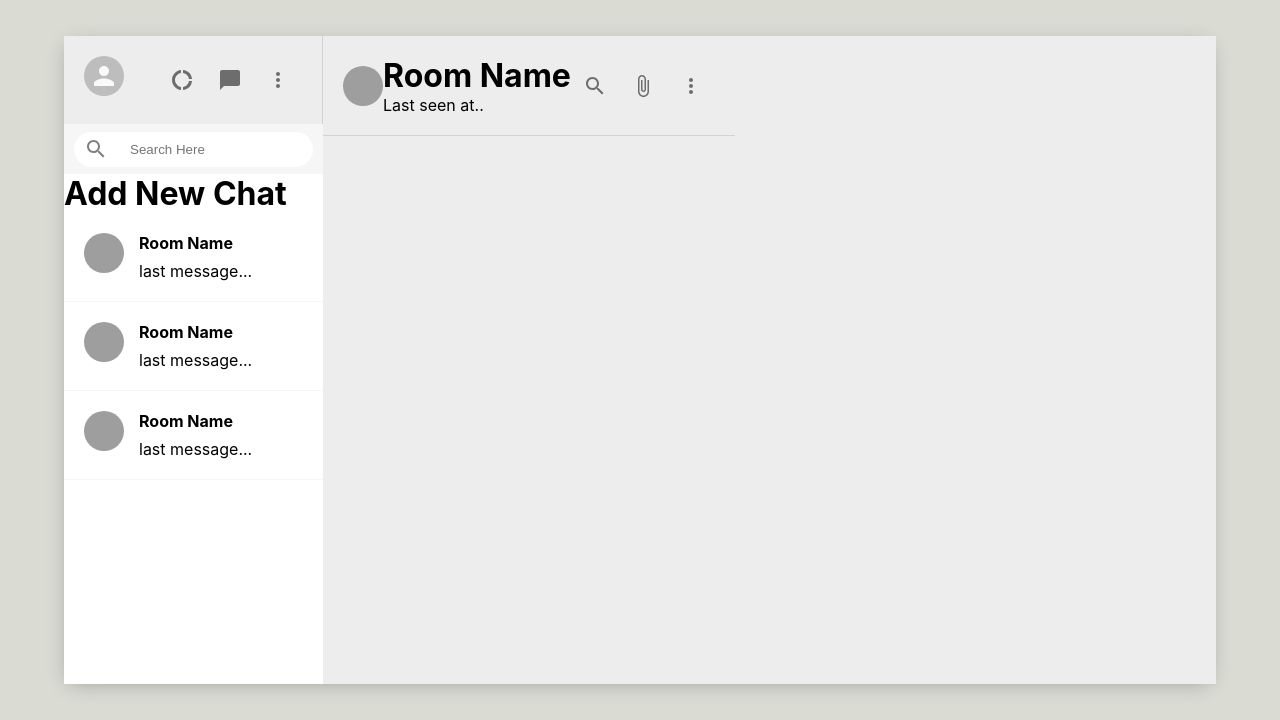
Repository: Prafullkuma/whatsappclon
Page: /
An editor plug-in stored every save of this project. The page is shown before and after the next save, followed by the edit.
The browser window is 1280 px wide. The pictures show the whole page.
Pictures or frames that could not be fetched are drawn as grey boxes. The project was rebuilt for these pictures with package versions that can differ from the ones it lists, and the page was loaded fresh each time.

Above is the page before, as saved 2020-08-19 13:00:17.

### src/App.js
import React from 'react';
import './App.css';
import Sidebar from './Component/Sidebar'
import Chat from './Component/MainChat'
function App() {
  return (
    <div className="app">
      <div className="app__body">
        <Sidebar />
        <Chat />
      </div>
    </div>
  );
}

export default App;

### src/App.css
.app{
  background-color: #dadbd3;
  height: 100vh;
  display: grid;
  place-items: center;
}
.app__body{
  display: flex;
  height: 90vh;
  width: 90vw;
  background-color: #ededed;
  box-shadow: -1px 4px 20px -6px rgba(0, 0, 0, 0.3);
}

### src/Component/Sidebar.js
import React from 'react'
import { Avatar, IconButton } from '@material-ui/core';
import DonutLargeIcon from '@material-ui/icons/DonutLarge';
import ChatBubbleIcon from '@material-ui/icons/ChatBubble';
import MoreVertIcon from '@material-ui/icons/MoreVert';
import SearchIcon from '@material-ui/icons/Search';
import './Sidebar.css'
import SidebarChat from './Chat/SidebarChat';
function Slidebar() {
    return (
        <div className="sidebar">
            <div className="sidebar_header">
                <Avatar />
                <div className="sidebar_headerRight">
                    <IconButton>
                        <DonutLargeIcon />
                    </IconButton>
                    <IconButton>
                        <ChatBubbleIcon />
                    </IconButton>
                    <IconButton>
                        <MoreVertIcon />
                    </IconButton>
                </div>
            </div>
            <div className="sidebar_search">
                <div className="search_container">
                    <SearchIcon />
                    <input type="text"
                        placeholder="Search Here" />
                </div>
            </div>
            <div className="sidebar_chat">
                <SidebarChat addNewChat />
                <SidebarChat />
                <SidebarChat />
                <SidebarChat />
            </div>
        </div >
    )
}

export default Slidebar

### src/Component/MainChat.js
import React, { useState, useEffect } from 'react'
import './mainChat.css'
import { Avatar, IconButton } from '@material-ui/core'
import SearchIcon from '@material-ui/icons/Search';
import AttachFileIcon from '@material-ui/icons/AttachFile';

import MoreVertIcon from '@material-ui/icons/MoreVert';

function MainChat() {
    const [seed, setSeed] = useState('')
    useEffect(() => {
        setSeed(Math.floor(Math.random() * 5000))
    }, [])

    return (
        <div className="mainChat">
            <div className="mainChat_header">
                <Avatar src={`https://avatars.dicebear.com/api/human/${seed}.svg`} />
                <div className="chat_headerInfo">
                    <h1>Room Name</h1>
                    <p>Last seen at..</p>
                </div>
                <div className="chat__headerRight">
                    <IconButton>
                        <SearchIcon />
                    </IconButton>
                    <IconButton>
                        <AttachFileIcon />
                    </IconButton>
                    <IconButton><MoreVertIcon />
                    </IconButton>
                </div>
            </div>
            <div className="mainChat_body">

            </div>
            <div className="mainChat_footer">

            </div>

        </div>
    )
}

export default MainChat

### src/Component/Sidebar.css
.sidebar{
 display: flex;
 flex-direction: column;
 flex: 0.35;
}
.sidebar_header{
    display: flex;
    justify-content: space-between;
    padding: 20px;
    border-right: 1px solid lightgray;
}
.sidebar_headerRight{
    display: flex;
    align-items: center;
    justify-content: space-between;
    min-width: 9vw;
}
.sidebar_headerRight>.MuiSvgIcon-root{
    margin-right: 2vw;
    font-size: 24px !important;
}
.sidebar_search{
    display: flex;
    align-items: center;
    background-color: #f6f6f6;
    height: 30px;
    padding: 10px;
}
.search_container{
display: flex;
align-items: center;
background-color: white;
width: 100%;
height: 35px;
border-radius: 20px;
}
.search_container>input{
    border: none;
    margin-left: 10px;
}
.search_container>.MuiSvgIcon-root{
    color: gray;
    padding: 10px;
}
.sidebar_chat{
    flex: 1;
    background-color: white;
    overflow: scroll;
}

### src/Component/Chat/SidebarChat.js
import React, { useState, useEffect } from 'react'
import './sidebarChat.css'
import { Avatar } from '@material-ui/core'


function SidebarChat({ addNewChat }) {
    const [seed, setSeed] = useState('')

    useEffect(() => {
        setSeed(Math.floor(Math.random() * 5000))
    }, [])

    const createChat = () => {
        const roomName = prompt("Please enter name for room")
        if (roomName) {
            ///do some cleaver stuff(database)
        }

    }
    return !addNewChat ? (
        <div className="sidebarChat">
            <Avatar src={`https://avatars.dicebear.com/api/human/${seed}.svg`} />
            <div className="sidebarchat_info">
                <h2>Room Name</h2>
                <p>last message...</p>
            </div>
        </div>
    ) : <div onClick={createChat}
        className="createNewChat">
            <h1>Add New Chat</h1>
        </div>
}

export default SidebarChat

### src/Component/mainChat.css
.mainChat_header{
    padding: 20px;
    display: flex;
    align-items: center;
    border-bottom: 1px solid lightgray;
}

### src/Component/Chat/sidebarChat.css
.sidebarChat{
    display: flex;
    padding: 20px;
    cursor: pointer;
    border-bottom:1px solid #f6f6f6 ;
}
.sidebarChat:hover{
    background-color: green;
}
.sidebarchat_info>h2{
font-size: 16px;
margin-bottom: 8px;
}
.sidebarchat_info{
    margin-left: 15px;
}

Loaded but not shown: public/index.html (common file); src/index.js (common file); src/index.css (common file)

After the next save:
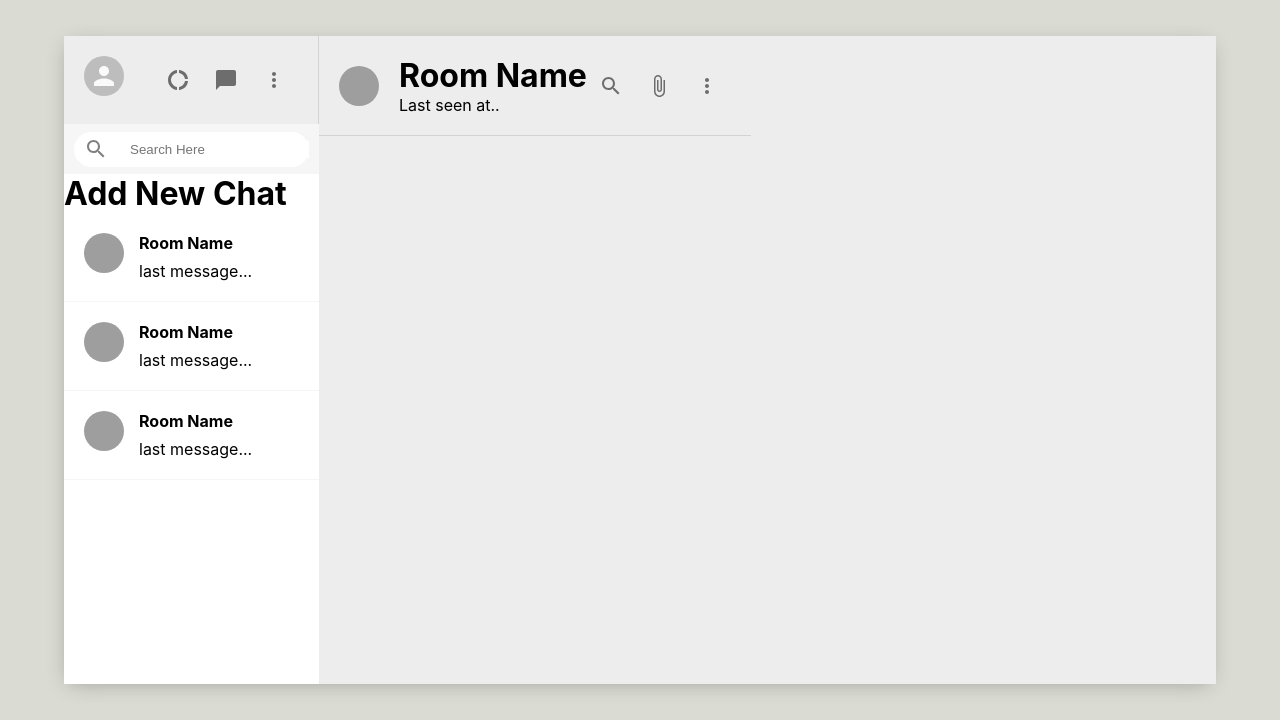
Saved 29 s later.
--- a/src/Component/mainChat.css
+++ b/src/Component/mainChat.css
@@ -4,3 +4,7 @@
     align-items: center;
     border-bottom: 1px solid lightgray;
 }
+.chat_headerInfo{
+    flex: 1;
+    padding-left: 20px;
+}
